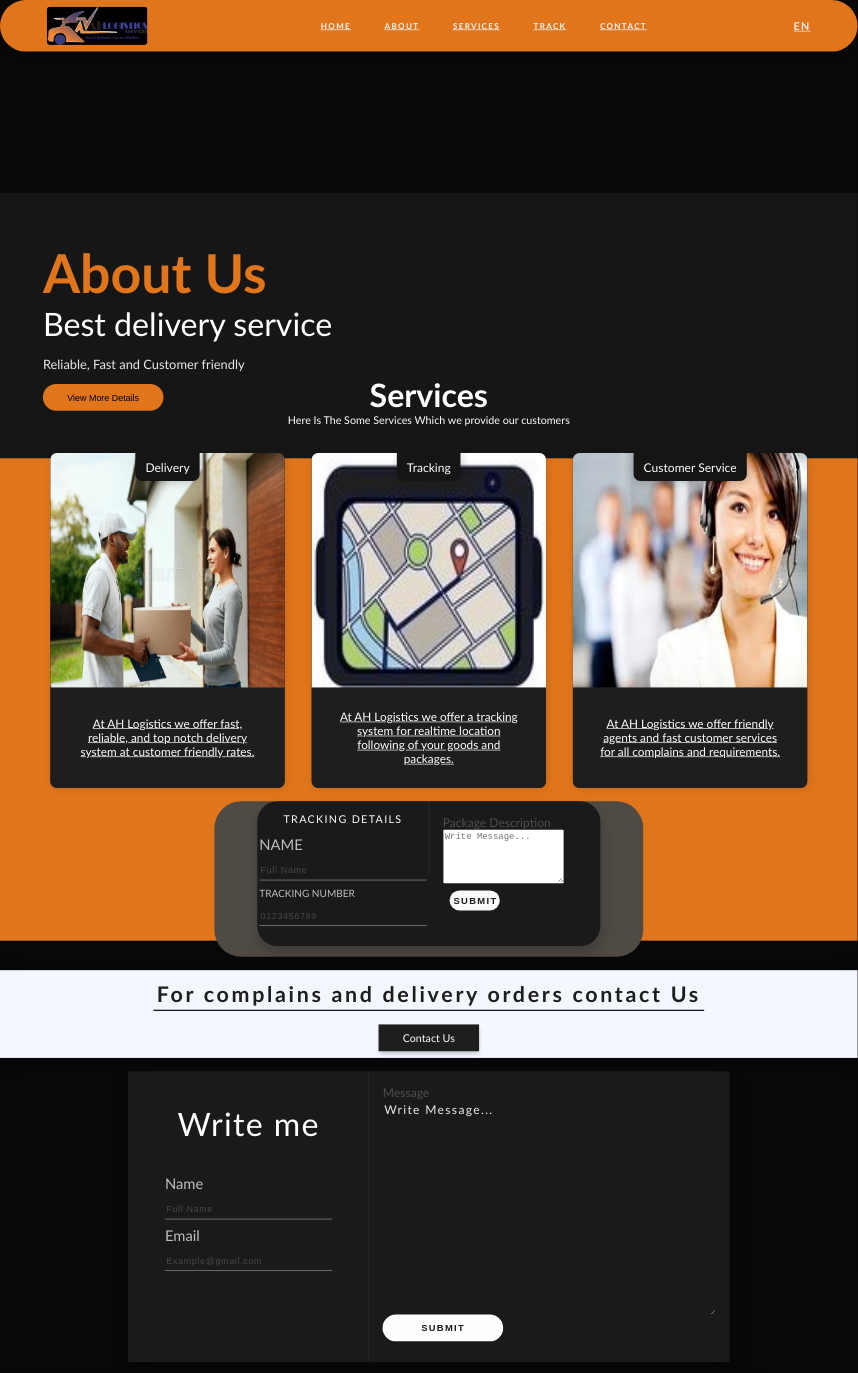
Repository: TheSecretlifeOfX/Ah-Logistics
Page: index.html
These files come from the project's save history. The page is drawn as it stood at one moment and after the next save; the edit follows.
The browser window is 1280 px wide. The pictures show the whole page, at 67% of full size.

Above is the page before, as saved 2022-03-02 16:32:28.

### index.html
<html>
<head>
<meta charset="utf-8">
<meta http-equiv="X-UA-Compatible" content="IE-edge">
<meta name="viewport" content="width=device-width, intial-scale=1.0">
<title>Logistics Website</title>
<link rel="stylesheet" href="./css/home.css">
</head>
<body>
<section id="main">
	<nav>
	<a href="#" class="logo"><img src="images/logo.jpg"></a>
	<div class="toggle"></div>
	<ul class="menu">
	<li class="active"><a href="#main" >Home</a></li>
	<li><a href="#about">About</a></li>
	<li><a href="#services">Services</a></li>
	<li><a href="#Tracking-Form">Track</a></li>
    <li><a href="#contact-form">Contact</a></li>
	</ul>
	<a href="#" class="lang">En</a>
	</nav>
    </section>
</div>
<section id="about">
	<div class="about-text">
	<h1>About Us</h1>
	<h2>Best delivery service</h2>
	<p>Reliable, Fast and Customer friendly</p>
	<button>View More Details</button>
	</div>
</section>
<section id="services">
<div class="s-heading">
<h1>Services</h1>
<p>Here Is The Some Services Which we provide our customers</p>
</div>
<div class="b-container">
<div class="s-box">
<div class="s-b-img">
    <div class="s-type">Delivery</div>
    <img src="images/delivery.jpg">
</div>
<div class="s-b-text">
<a href="#">At AH Logistics we offer fast, reliable, and top notch delivery system at customer friendly rates.</a>
</div>
</div>
<div class="s-box">
<div class="s-b-img">
    <div class="s-type">Tracking</div>
    <img src="images/track.jpg">
</div>
<div class="s-b-text">
<a href="#">At AH Logistics we offer a tracking system for realtime location following of your goods and packages.</a>
</div>
</div>
<div class="s-box">
<div class="s-b-img">
    <div class="s-type">Customer Service</div>
    <img src="images/customer.jpg">
</div>
<div class="s-b-text">
<a href="#">At AH Logistics we offer friendly agents and fast customer services for all complains and requirements.</a>
</div>
</div>
</div>
</div>
<section id="Tracking-Form">
	<form>
	<!--left--------------------------------------->
	<div class="Track-left">
	<h1 class="T-heading">Tracking Details</h1>
	<div class="f-name">
	<font >Name</font>
	<input type="text" placeholder="Full Name"/>
	</div>
	<div class="f-num">
	<font >Tracking Number</font>
	<input type="Number" placeholder="0123456789"/>
	</div>
	</div>
	<div class="Track-right">

	<div class="Description">
	<font >Package Description</font>
	<textarea name="message" rows="5" cols="20" placeholder="Write Message..."></textarea>
	<button>Submit</button>
	</div>
	</form>
	</section>
<section id="contact-btn">
	<h1 class="c-b-heading">For complains and delivery orders contact Us</h1>
		<button >Contact Us</button>
	</section>
<!--contact-form------------------->
<section id="contact-form">
<form>
<!--left--------------------------------------->
<div class="contact-left">
<h1 class="c-l-heading">Write me</h1>
<div class="f-name">
<font >Name</font>
<input type="text" placeholder="Full Name"/>
</div>
<div class="f-email">
<font >Email</font>
<input type="email" placeholder="Example@gmail.com"/>
</div>
</div>
<div class="contact-right">

<div class="message">
<font >Message</font>
<textarea name="message" rows="5" cols="20" placeholder="Write Message..."></textarea>
<button>Submit</button>
</div>
</form>
</section>
</section>
</body>
</html>

### css/home.css
body{
	margin:0px;
	padding:0px;
	background-color: #080808;
	background-size: 100%;
	min-height: 100vh;
	}
	#main{
		width:100%;
		height: 40vh;
		}
		nav{
			display:flex;
			justify-content: space-between;
			align-items: center;
			text-transform: uppercase;
			font-weight: 600;
			letter-spacing: 2px;
			font-family: calibri;
			top: 0;
			left: 10px;
			width:100%;
			box-sizing: border-box;
			padding: 5px 70px;
			background-color:#e0751c;
			box-shadow:2px 2px 12px rgba(0,0,0,0.05);
			z-index: 1;
			border-radius: 50px;
			}
			.menu{
			display: flex;

			}
			.menu li a{
			padding: 10px 25px;
			color:#f8f8fa;
			font-size: 12px;
			display:inline-block;
			}
			li{display:inline-block}
			.lang{
			color:#f3ecec;
			}
			.logo > img {
				width: 100%;
				height: 100%;
				max-width: 150px;
				display: flex;
				justify-content: center;
				align-items: center;
				text-align: center;
				margin-left: 0px;
				border-radius: 5px;
				 }
			.toggle{
			display: none;
			}
			.menu li a:hover{
			background-color:#292929;
			color:#FFF!important;
			font-weight: bold;
			transition: all ease 0.4s;
			}
			.lang:hover{
				background-color:#292929;
			color:#FFF!important;
			font-weight: bold;
			transition: all ease 0.4s;
			}
			#about{
				width:100%;
				height: 55vh;
				background-color:#161616;
				box-sizing: border-box;
				display: flex;
				align-items: center;
				justify-content: space-between;
				padding: 0px 5% 0px 5%;
			}
			.about-text{
				font-family: calibri;
				width: 50%;
			}
			.about-text h1{
				font-size: 5rem;
				color:#e0751c;
			}
			.about-text h2{
				font-size: 3rem;
				color:#FFFFFF;
				font-weight: 400;
			}
			.about-text h1,h2{
				margin: 0px;
				padding: 0px;
			}
			.about-text p{
				font-size: 1.2rem;
				color:rgba(255,255,255,0.90);

			}
			.about-text button{
				width: 180px;
				height: 40px;
				border-radius: 20px;
				border: none;
				outline: none;
				background-color:#e0751c;
			}
			.about-text button:hover{
				background-color: #FFFFFF;
				transition: all ease 0.3s;
			}
			#services{
				width:100%;
			height:100vh;
			box-sizing: border-box;
			font-family: calibri;
			display: flex;
			flex-direction: column;
			align-items: center;
			justify-content: center;
			padding-top: 500px ;
			background-color:#e0751c;
		}

		.s-heading h1{
			color:#FFFFFF;
			font-size: 3rem;
			margin: 0px;
			padding: 0px;

		}
		.s-heading p{
			color:rgb(255, 255, 255);
			font-size: 1rem;
			margin: 0px;
			padding: 0px;
		}
		.s-heading{
			text-align: center;
			margin: 20px 0px;
		}
		.s-box{
			background-color: #2B2B2B;
			width:350px;
			height: 500px;
			margin: 20px;
			border-radius: 10px;
			overflow: hidden;
			box-shadow: 2px 2px 12px rgba(0,0,0,0.1);
			position: relative;
		}
		.b-container{
			display: flex;
			justify-content: center;
			align-content: center;


		}
		.s-b-img{
			width: 100%;
			height: 70%;

		}
		.s-b-img img{
			width:100%;
			height: 100%;

		}
		.s-b-text{
			width: 100%;
			height: 30%;
			background-color:#1E1E1E;
			display:flex;
			justify-content: center;
			align-items: center;
			text-align: center;
		}
		.s-b-text a{
			margin: 0px;
			color:#FFFFFF;
			font-size: 1.1rem;
			font-family: calibri;
			display: block;
			display: -webkit-box;
			max-width: 80%;
			-webkit-line-clamp: 4;
			-webkit-box-orient: vertical;
			overflow: hidden;
			text-overflow: ellipsis;
		}
		.s-b-text a:hover{
			color:rgba(255,255,255,0.50)
		}
		.s-type{
			font-family: calibri;
			color:#FFFFFF;
			background-color: #151515;
			padding: 10px 15px;
			position: absolute;
			top: 0px;
			left: 50%;
			transform: translateX(-50%);
			font-size: 18px;
			border-radius: 0px 0px 10px 10px;
			box-shadow: 2px 2px 12px rgba(0,0,0,0.2);
		}
		.s-box:hover{
			transform:translateY(-10px);
			transition: all ease 0.3s;

		}
		#Tracking-Form{
			width: 50%;
			height: 100vh;
			display: flex;
			justify-content: center;
			align-items: center;
			background-color:#504a45;
			border-radius: 40px;
		}
		#Tracking-Form form{
			display: flex;
			width: 80%;
			height: 30vh;
			background-color: #1A1A1A;
			box-shadow: 2px 12px 20px rgba(0,0,0,0.2);
			border-radius: 30px
		}
		.Track-left{
			width: 80%;
			height: 50%;
			display: flex;
			flex-direction: column;
			align-items: center;
			text-transform: uppercase;
		}
		.Track-right{
			width: 80%;
			height: 50%;
			box-sizing: border-box;
			display: flex;
			flex-direction: column;
			justify-content: space-between;
			border-left: 1px solid rgba(255,255,255,0.08);
		}
		.Track-right button{
			width: 35%;
			height: 30px;
			background-color: #faf9f9;
			font-weight: bold;
			outline: none;
			border: none;
			margin: 10px;
			color:#1B1B1B;
			font-size: 14px;
			text-transform: uppercase;
			letter-spacing: 2px;
			border-radius: 40px;
		}
		.Track-right button:hover{
			background-color: #e0751c;
			transition: all ease 0.3s;
		  }

		.T-Heading{
			font-family: calibri;
			color:#fffefe;
			font-size: 1rem;
			letter-spacing: 2px;
			font-weight: 400;
		}
		.f-name,.f-num{
			display: flex;
			flex-direction: column;
			font-family: calibri;
		}
		.f-name font,.f-num font{
			color:#BFBFBF;
			font-size: 15px;
		}
		.f-name input,.f-num input{
			height: 30px;
			width:250px;
			border: none;
			outline: none;
			background-color:transparent;
			border-bottom: 1px solid #929292;
			color:#FFFFFF;
			margin: 10px 0px;
		}
		.f-num input::placeholder,
		.f-name input::placeholder{
			opacity: 0.5;
			letter-spacing: 1px;
		}
		.f-num input:focus,
		.f-num input:focus{
			border-bottom: 1px solid #0d0e0d;
			transition: all ease 0.5s;
		}.Description font{
			font-size: 18px;
			color:#4E4E4E;
			font-family: calibri;

		}
		.Description{
			margin: 20px;
		}
		#contact-btn{
			width: 100%;
			display: flex;
			flex-direction: column;
			justify-content:center;
			align-items: center;
			height: 200px;
			background-color: #F4F7FF;
			margin: 20px 0px;
			box-sizing: border-box;
			box-shadow:2px 0px 20px rgba(0,0,0,0.4);
		}
		.c-b-heading{
			font-size: 2rem;
			color:#1E1E1E;
			font-family: calibri;
			margin: 10px;
			padding: 5px;
			letter-spacing: 4px;
			border-bottom: 2px solid #1E1E1E;

		}
		#contact-btn button{
			color:#FFFFFF;
			font-size: 1rem;
			font-family: calibri;
			width:150px;
			height: 40px;
			margin: 10px;
			background-color: #1E1E1E;
			border: none;
			outline: none;
			box-shadow: 2px 5px 6px rgba(0,0,0,0.2);
		}
		#contact-btn button:hover{
			background-color: #e0751c;
			color:#000000;
			transition: all ease 0.5s;
			font-weight: bold;
		}
		#contact-form{
			width: 100%;
			height: 90vh;
			display: flex;
			justify-content: center;
			align-items: center;

		}
		#contact-form form{
			display: flex;
			width: 70%;
			height: 60vh;
			background-color: #1A1A1A;
			box-shadow: 2px 12px 20px rgba(0,0,0,0.2);
			border: 1px solid rgba(255,255,255,0.01)
		}

		.contact-left{
			width: 40%;
			height: 100%;
			display: flex;
			flex-direction: column;
			align-items: center;
		}
		.contact-right{
			width: 60%;
			height: 100%;
			box-sizing: border-box;
			display: flex;
			flex-direction: column;
			justify-content: space-between;
			border-left: 1px solid rgba(255,255,255,0.08);
		}
		.contact-right button{
			width: 100%;
			height: 50px;
			background-color: #fcfaf9;
			font-weight: bold;
			outline: none;
			border: none;
			margin: 0px;
			color:#1B1B1B;
			font-size: 14px;
			text-transform: uppercase;
			letter-spacing: 2px;
		}
			.contact-right button:hover{
				background-color: #e0751c;
				transition: all ease 0.3s;
			  }

		.c-l-heading{
			font-family: calibri;
			color:#FFFFFF;
			font-size: 3rem;
			letter-spacing: 2px;
			font-weight: 400;

		}
		.f-name,.f-email{
			display: flex;
			flex-direction: column;
			font-family: calibri;

		}
		.f-name font,.f-email font{
			color:#BFBFBF;
			font-size: 22px;
		}
		.f-name input,.f-email input{
			height: 30px;
			width:250px;
			border: none;
			outline: none;
			background-color:transparent;
			border-bottom: 1px solid #929292;
			color:#FFFFFF;
			margin: 10px 0px;
		}
		.f-email input::placeholder,
		.f-name input::placeholder{
			opacity: 0.5;
			letter-spacing: 1px;
		}
		.f-email input:focus,
		.f-name input:focus{
			border-bottom: 1px solid #0d0e0d;
			transition: all ease 0.5s;
		}.message font{
			font-size: 18px;
			color:#4E4E4E;
			font-family: calibri;

		}
		.message{
			margin: 20px;
		}
		.contact-right textarea{
			width: 100% !important;
			height: 320px !important;
			border: none;
			outline: none;
			background-color:transparent;
			box-sizing: border-box;
			color:#EBEBEB;
			font-size: 16px;
		}
		.contact-right textarea::placeholder{
			color:#EBEBEB;
			font-size: 18px;
			letter-spacing: 2px;
			font-family: calibri;
		}
		.contact-right button:active{
			transform: scale(1.04);
			transition: all ease 0.1s;
		}
		.message button{
			width: 180px;
			height: 40px;
			border-radius: 20px;
			border: none;
			outline: none;
			background-color:#fdffff;
		}
		  .message button:hover{
			background-color: #e0751c;
			transition: all ease 0.3s;
		  }

After the next save:
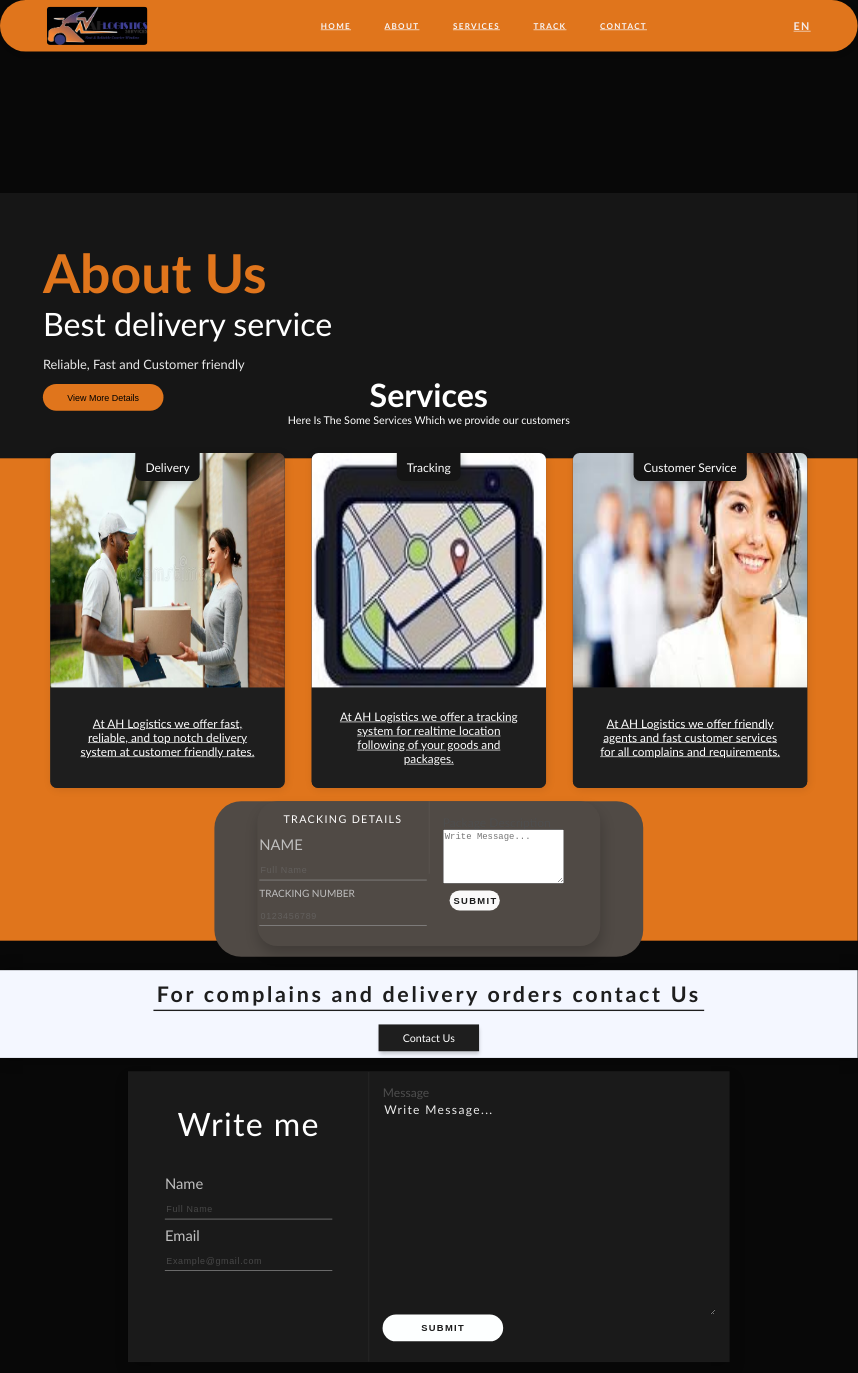
Saved 24 s later.
--- a/css/home.css
+++ b/css/home.css
@@ -224,7 +224,7 @@ body{
 			display: flex;
 			width: 80%;
 			height: 30vh;
-			background-color: #1A1A1A;
+			background-color: #504a45;
 			box-shadow: 2px 12px 20px rgba(0,0,0,0.2);
 			border-radius: 30px
 		}
